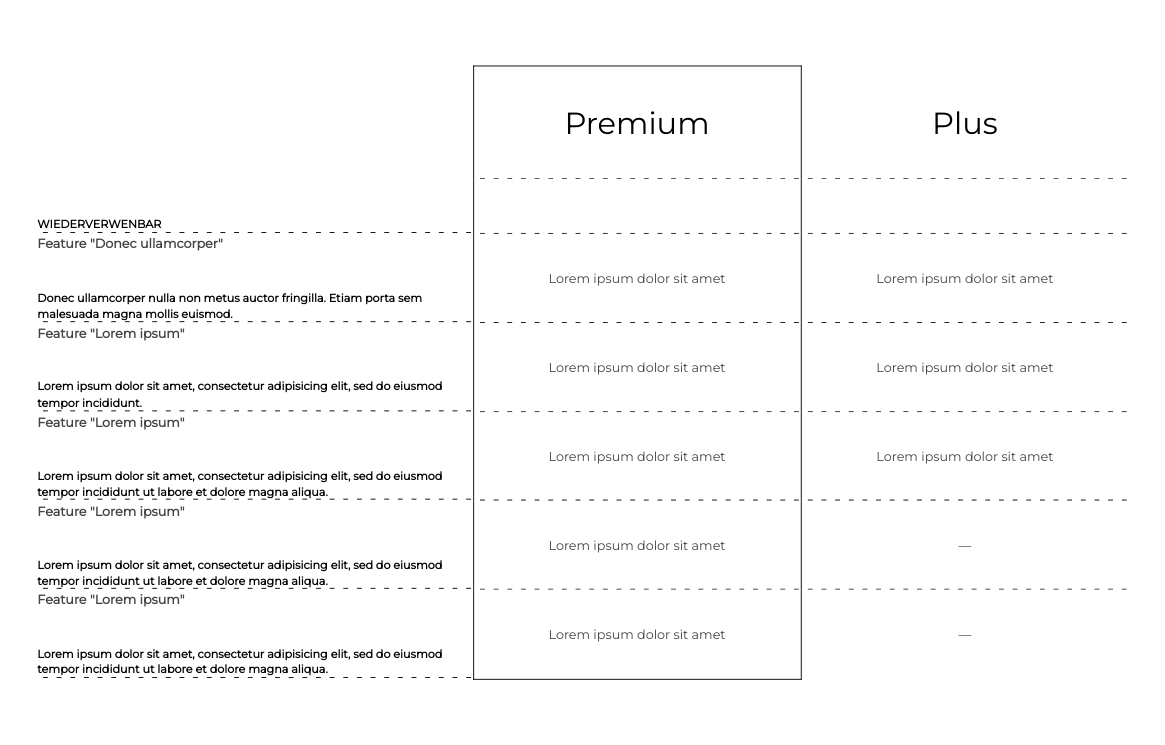
Repository: darlino/gotyu_shopify_section
Page: gotyu_table210223/index.html
An editor plug-in stored every save of this project. The page is shown before and after the next save, followed by the edit.
The browser window is 1280 px wide. The pictures show the whole page, at 91% of full size.

Above is the page before, as saved 2023-02-21 13:12:40.

After the next save:
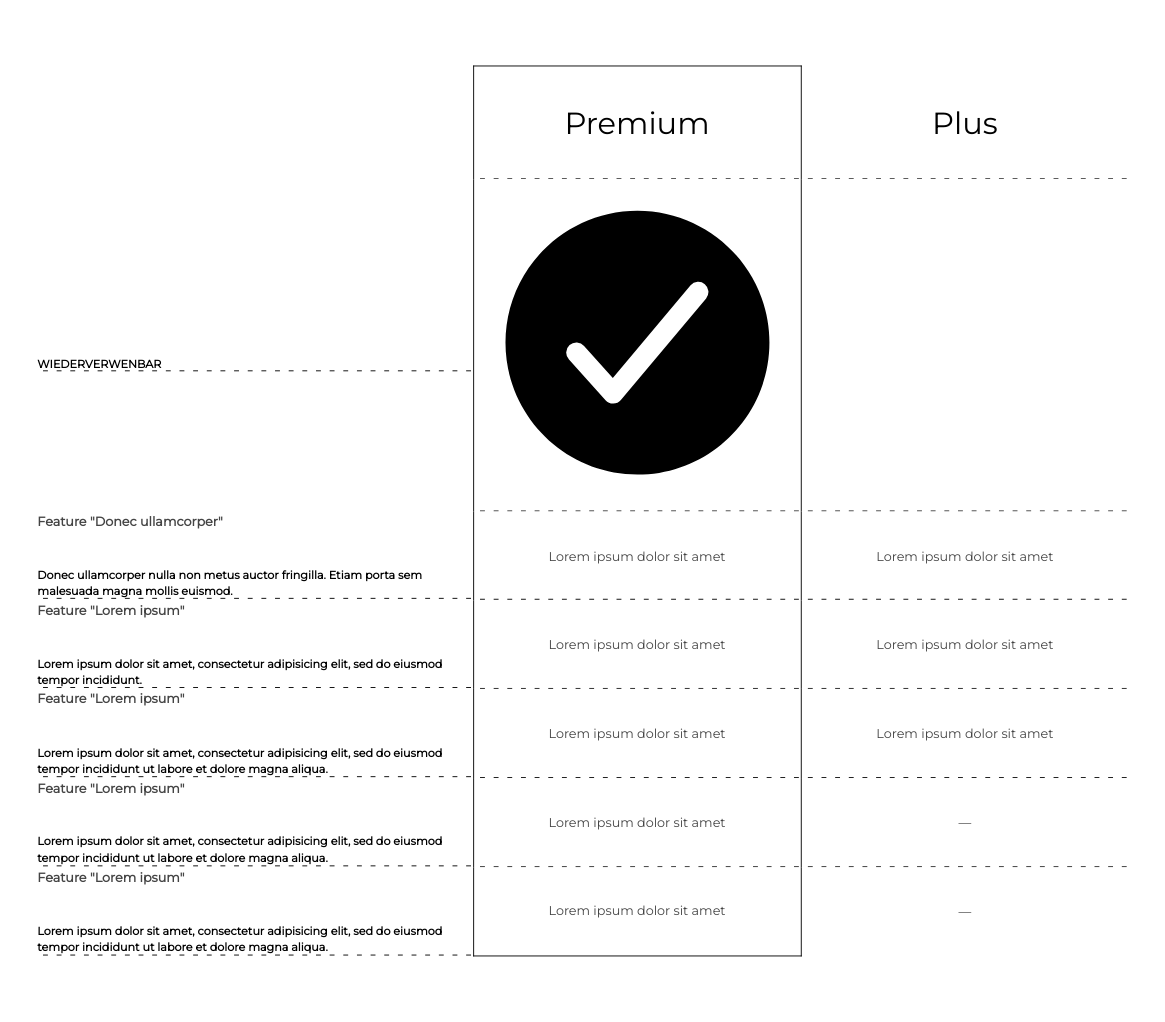
Saved 64 s later.
--- a/gotyu_table210223/index.html
+++ b/gotyu_table210223/index.html
@@ -36,7 +36,18 @@
           <th>
             <span> WIEDERVERWENBAR </span>
           </th>
-          <td></td>
+          <td>
+            <svg
+              xmlns="http://www.w3.org/2000/svg"
+              class="ionicon"
+              viewBox="0 0 512 512"
+            >
+              <title>Checkmark Circle</title>
+              <path
+                d="M256 48C141.31 48 48 141.31 48 256s93.31 208 208 208 208-93.31 208-208S370.69 48 256 48zm108.25 138.29l-134.4 160a16 16 0 01-12 5.71h-.27a16 16 0 01-11.89-5.3l-57.6-64a16 16 0 1123.78-21.4l45.29 50.32 122.59-145.91a16 16 0 0124.5 20.58z"
+              />
+            </svg>
+          </td>
           <td></td>
         </tr>
         <tr>

After the save that followed:
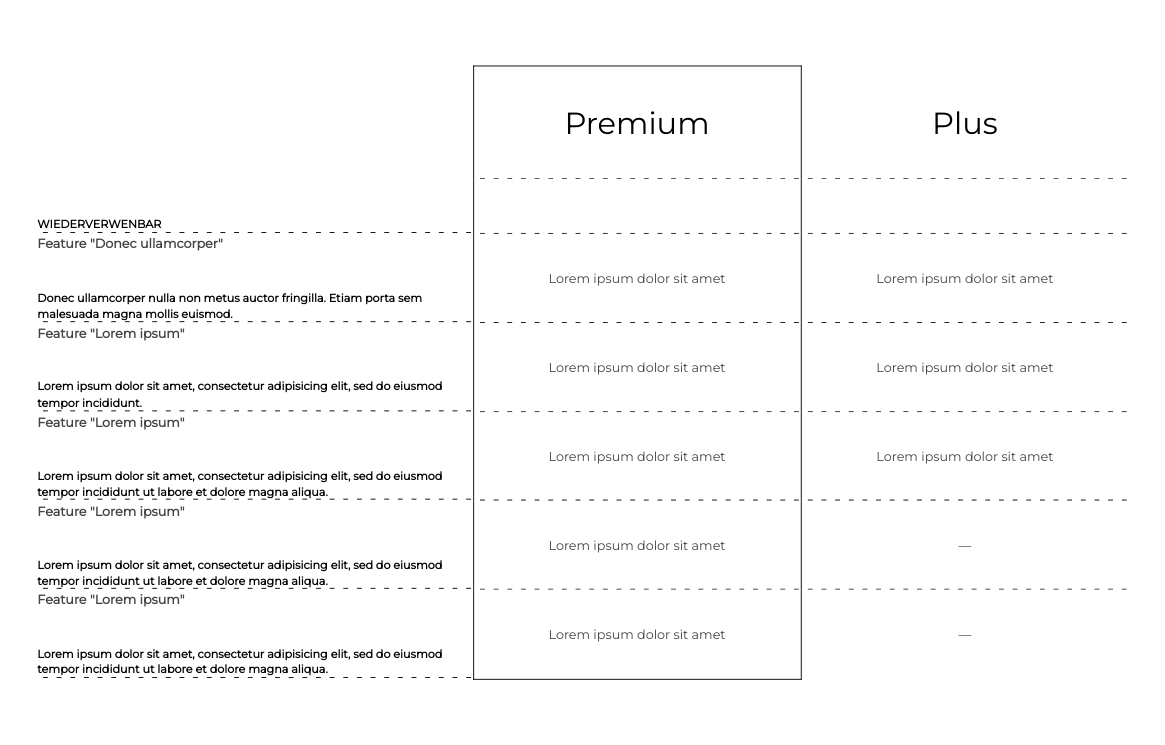
Saved 43 s later.
--- a/gotyu_table210223/index.html
+++ b/gotyu_table210223/index.html
@@ -36,18 +36,7 @@
           <th>
             <span> WIEDERVERWENBAR </span>
           </th>
-          <td>
-            <svg
-              xmlns="http://www.w3.org/2000/svg"
-              class="ionicon"
-              viewBox="0 0 512 512"
-            >
-              <title>Checkmark Circle</title>
-              <path
-                d="M256 48C141.31 48 48 141.31 48 256s93.31 208 208 208 208-93.31 208-208S370.69 48 256 48zm108.25 138.29l-134.4 160a16 16 0 01-12 5.71h-.27a16 16 0 01-11.89-5.3l-57.6-64a16 16 0 1123.78-21.4l45.29 50.32 122.59-145.91a16 16 0 0124.5 20.58z"
-              />
-            </svg>
-          </td>
+          <td><div class="icon-wrapper"></div></td>
           <td></td>
         </tr>
         <tr>
